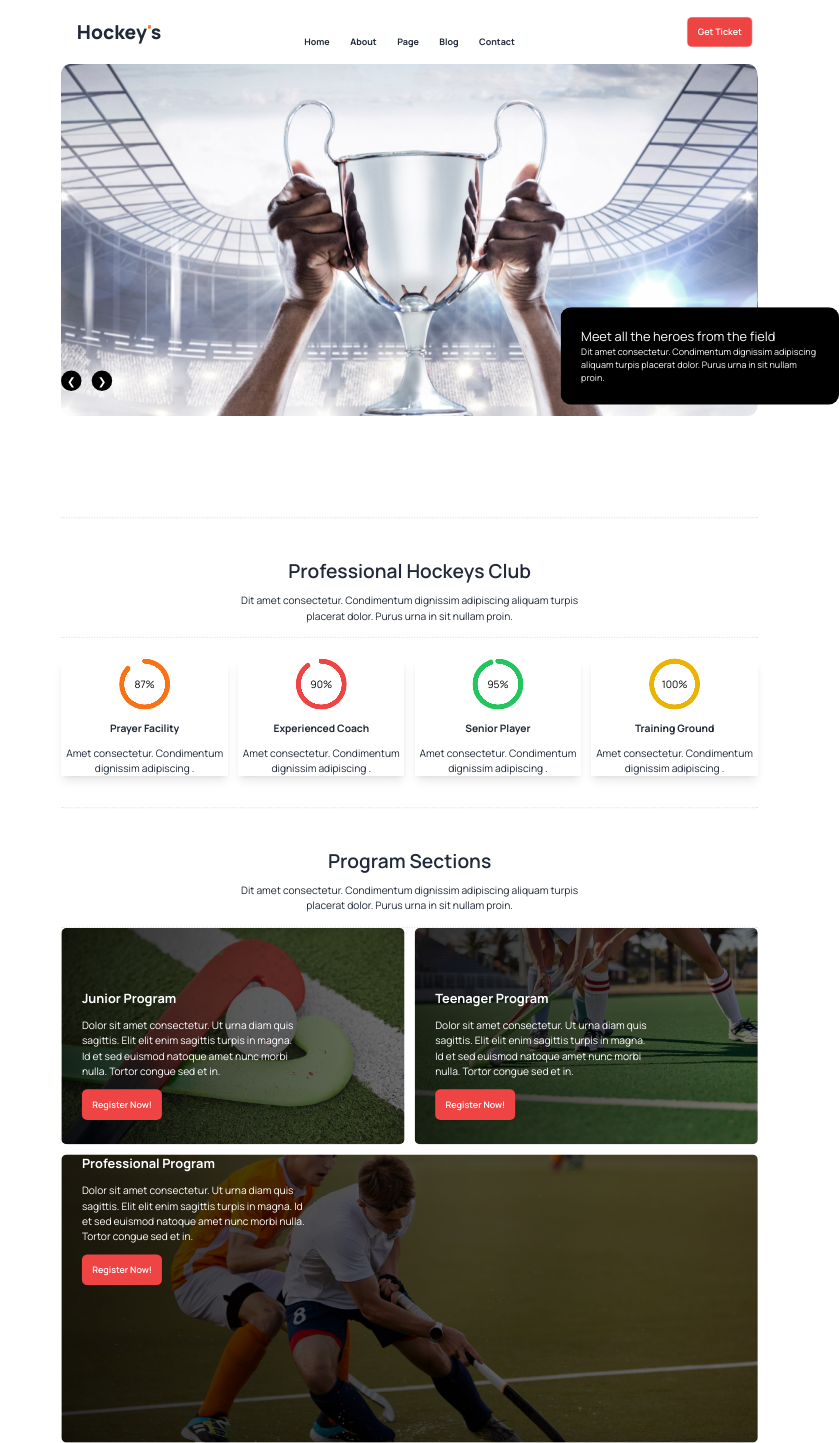
Repository: RudrasahaDibos/Hockey-
Page: index.html
These files come from the project's save history. The page is drawn as it stood at one moment and after a run of saves; the edit follows.
The browser window is 1280 px wide. The page is 1311 px wide, so the pictures cover 1311 px, including what lies to the right of the window. The pictures show the whole page, at 64% of full size.
Some web libraries are served in a nearby version.

Above is the page before, as saved 2024-10-23 22:46:09.

### index.html
<!DOCTYPE html>
<html lang="en">
<head>
    <meta charset="UTF-8">
    <meta name="viewport" content="width=device-width, initial-scale=1.0">
    <title>Hockeys</title>
    <!-- Tailwinds css -->
    <link href="https://cdn.jsdelivr.net/npm/daisyui@4.12.13/dist/full.min.css" rel="stylesheet" type="text/css" />
    <script src="https://cdn.tailwindcss.com"></script>
    <!-- Font asome -->
    <link rel="stylesheet" href="https://cdnjs.cloudflare.com/ajax/libs/font-awesome/6.6.0/css/all.min.css" integrity="sha512-Kc323vGBEqzTmouAECnVceyQqyqdsSiqLQISBL29aUW4U/M7pSPA/gEUZQqv1cwx4OnYxTxve5UMg5GT6L4JJg==" crossorigin="anonymous" referrerpolicy="no-referrer" />
   <!-- tailwind custom css -->
   <script>
    tailwind.config = {
      theme: {
        extend: {
          colors: {
            clifford: '#da373d',
          }
        }
      }
    }
  </script>
  <!-- google Font  -->
  <link rel="preconnect" href="https://fonts.googleapis.com">
  <link rel="preconnect" href="https://fonts.gstatic.com" crossorigin>
  <link href="https://fonts.googleapis.com/css2?family=Manrope:wght@200..800&display=swap" rel="stylesheet">

  <style>
.manrope {
  font-family: "Manrope", serif;
}
  </style>

</head>
<body class="manrope">
    <!-- header section start here -->
       <header class="container mx-auto lg:px-24 px-8">
                 <!-- navber start here -->
                     <nav>
                        <div class="navbar bg-base-100">
                            <div class="navbar-start">
                              <div class="dropdown">
                                <div tabindex="0" role="button" class="  lg:hidden">
                                  <svg
                                    xmlns="http://www.w3.org/2000/svg"
                                    class="h-5 w-5"
                                    fill="none"
                                    viewBox="0 0 24 24"
                                    stroke="currentColor">
                                    <path
                                      stroke-linecap="round"
                                      stroke-linejoin="round"
                                      stroke-width="2"
                                      d="M4 6h16M4 12h8m-8 6h16" />
                                  </svg>
                                </div>
                                <ul
                                  tabindex="0"
                                  class="menu menu-sm dropdown-content bg-base-100 rounded-box z-[1] mt-3 w-52 p-2 shadow">

                                    <li><a>Home</a></li>
                                    <li><a>About</a></li>
                                    <li><a>Page</a></li>
                                    <li><a>Blog</a></li>
                                    <li><a>Contact</a></li>

                                </ul>
                              </div>

                              <a class=" ml-4  text-2xl lg:text-3xl font-extrabold ">Hockey<span class="text-orange-500">'</span>s</a>

                            </div>
                            <div class="navbar-center hidden lg:flex">
                              <ul class="menu menu-horizontal px-1 mt-8">
                                <li class="hover:text-orange-500 font-bold"><a>Home</a></li>
                                <li  class="hover:text-orange-500 font-bold"><a>About</a></li>
                                <li  class="hover:text-orange-500 font-bold"><a>Page</a></li>
                                <li  class="hover:text-orange-500 font-bold"><a>Blog</a></li>
                                <li  class="hover:text-orange-500 font-bold"><a>Contact</a></li>
                              </ul>
                            </div>
                            <div class="navbar-end  lg:ml-0 ml-20">

                              <a class="btn bg-red-500 text-white  ">Get Ticket</a>
                            </div>
                          </div>
                     </nav>
                 <!-- navber end here -->

                  <!-- banner start here -->
                     <div>
                      <div class="carousel w-full">
                        <div id="slide1" class="carousel-item relative w-full ">
                          <img
                            src="Images/1.png"
                            class="w-full lg:h-[550px] " />
                          <div class="absolute lg:left-0 lg:right-0 lg:top-[90%] left-[90px] top-[80%] flex -translate-y-1/2 transform gap-4">
                            <div class=" h-8 w-8 rounded-full bg-black text-white flex justify-center items-center ">
                              <a href="#slide4" class="lg:btn lg:btn-circle">❮</a>
                            </div>
                            <div class="h-8 w-8 rounded-full bg-black text-white flex justify-center items-center">
                              <a href="#slide2" class="lg:btn lg:btn-circle ">❯</a>
                            </div>
                          </div>
                        </div>
                        <div id="slide2" class="carousel-item relative w-full">
                          <img
                            src="Images/2.png"
                            class="w-full lg:h-[550px]" />
                            <div class="absolute lg:left-0 lg:right-0 lg:top-[90%] left-[90px] top-[80%] flex -translate-y-1/2 transform gap-4">
                              <div class=" h-8 w-8 rounded-full bg-black text-white flex justify-center items-center ">
                                <a href="#slide1" class="lg:btn lg:btn-circle">❮</a>
                              </div>
                              <div class="h-8 w-8 rounded-full bg-black text-white flex justify-center items-center">
                                <a href="#slide3" class="lg:btn lg:btn-circle ">❯</a>
                              </div>
                            </div>
                        </div>
                        <div id="slide3" class="carousel-item relative w-full">
                          <img
                            src="Images/3.png"
                            class="w-full lg:h-[550px]" />
                            <div class="absolute lg:left-0 lg:right-0 lg:top-[90%] left-[90px] top-[80%] flex -translate-y-1/2 transform gap-4">
                              <div class=" h-8 w-8 rounded-full bg-black text-white flex justify-center items-center ">
                                <a href="#slide2" class="lg:btn lg:btn-circle">❮</a>
                              </div>
                              <div class="h-8 w-8 rounded-full bg-black text-white flex justify-center items-center">
                                <a href="#slide4" class="lg:btn lg:btn-circle ">❯</a>
                              </div>
                            </div>
                        </div>
                        <div id="slide4" class="carousel-item relative w-full">
                          <img
                            src="Images/4.png"
                            class="w-full lg:h-[550px]" />
                            <div class="absolute lg:left-0 lg:right-0 lg:top-[90%] left-[90px] top-[80%] flex -translate-y-1/2 transform gap-4">
                              <div class=" h-8 w-8 rounded-full bg-black text-white flex justify-center items-center ">
                                <a href="#slide3" class="lg:btn lg:btn-circle">❮</a>
                              </div>
                              <div class="h-8 w-8 rounded-full bg-black text-white flex justify-center items-center">
                                <a href="#slide1" class="lg:btn lg:btn-circle ">❯</a>
                              </div>
                            </div>
                        </div>
                      </div>

                        <!-- meet all hero  -->
                        <div class=" card bg-black  p-2 lg:p-8  lg:w-2/5 lg:-translate-y-44 lg:left-[780px]">
                          <div class="">
                            <h2 class="lg:text-xl bold text-white">Meet all the heroes from the field</h2>
                            <p class="text-sm text-white">Dit amet consectetur. Condimentum dignissim adipiscing aliquam   turpis placerat dolor. Purus urna in sit nullam proin. </p>

                          </div>
                        </div>
                      <!-- meet hero ebds -->


                     </div>


                   <!-- banner end here -->
       </header>
       <!-- Header section End here -->

       <!-- Main secetion start here  -->
        <main>
                      <!-- Professional Hockeys Club start here -->
                         <section class=" container mx-auto lg:px-24 px-8 lg:mt-0  mt-5  ">
                                 <div class="text-center space-y-4 border-dotted border-t-2 border-b-2  border-separate h-[189px] lg:pt-16">
                                     <h1 class=" text-xl lg:text-3xl font-semibold">Professional Hockeys Club</h1>
                                     <p class="lg:w-[50%] lg:mx-auto">Dit amet consectetur. Condimentum dignissim adipiscing aliquam turpis placerat dolor. Purus urna in sit nullam proin. </p>
                                 </div>
                                  <div class="mt-8">
                                        <div class="grid grid-cols-1 md:gird-cols-2 lg:grid-cols-4 gap-4 ">
                                                <div class=" h-50 shadow-lg space-y-4 flex flex-col justify-center items-center">
                                                  <div class="radial-progress text-orange-500  " style="--value:87;" role="progressbar"><span class="text-black"> 87%</span></div>
                                                    <h3 class="font-bold">Prayer Facility</h3>
                                                    <p class="text-center">Amet consectetur. Condimentum dignissim adipiscing .</p>
                                                </div>
                                                <div class=" h-50 shadow-lg space-y-4 flex flex-col justify-center items-center">
                                                  <div class="radial-progress text-red-500  " style="--value:90;" role="progressbar"><span class="text-black"> 90%</span></div>
                                                    <h3 class="font-bold">Experienced Coach</h3>
                                                    <p class="text-center">Amet consectetur. Condimentum dignissim adipiscing .</p>
                                                </div>
                                                <div class=" h-50  shadow-lg space-y-4 flex flex-col justify-center items-center">
                                                  <div class="radial-progress text-green-500  " style="--value:95;" role="progressbar"><span class="text-black"> 95%</span></div>
                                                    <h3 class="font-bold">Senior Player</h3>
                                                    <p class="text-center">Amet consectetur. Condimentum dignissim adipiscing .</p>
                                                </div>
                                                <div class=" h-50 shadow-lg space-y-4 flex flex-col justify-center items-center">
                                                  <div class="radial-progress text-yellow-500  " style="--value:100;" role="progressbar"><span class="text-black"> 100%</span></div>
                                                    <h3 class="font-bold">Training Ground</h3>
                                                    <p class="text-center">Amet consectetur. Condimentum dignissim adipiscing .</p>
                                                </div>
                                        </div>
                                  </div>

                         </section>
                       <!-- Professional Hockeys Club end here -->


                       <!-- Program Sections start here -->
                            <section class="container mx-auto lg:px-24 px-8 mt-12 ">
                              <div class="text-center space-y-4 border-dotted border-t-2 border-b-2  border-separate h-[189px] lg:pt-16">
                                <h1 class=" text-xl lg:text-3xl font-semibold">Program Sections</h1>
                                <p class="lg:w-[50%] lg:mx-auto">Dit amet consectetur. Condimentum dignissim adipiscing aliquam turpis placerat dolor. Purus urna in sit nullam proin. </p>
                            </div>
                               <div>
                                <div class="grid  grid-cols-1 lg:grid-cols-2 gap-4">

                                  <div class=" relative bg-no-repeat rounded-lg  bg-center bg-cover  w-full bg-[linear-gradient(90deg,rgb(0,0,0,0.8),rgb(0,0,0,0.5)),url(./images/2.png)] h-[244px] lg:h-[338px]">

                                   <div class="text-start lg:pt-24 space-y-2 lg:space-y-4 pl-8">
                                    <h2 class="text-white text-xl font-bold">Junior Program</h2>
                                    <p class="text-white w-2/3">Dolor sit amet consectetur. Ut urna diam quis sagittis. Elit elit
                                      enim sagittis turpis in magna. Id et sed euismod natoque amet nunc morbi nulla. Tortor congue sed et in.</p>
                                     <button class="btn bg-red-500 border-none text-white">Register Now!</button>
                                   </div>
                                 </div>

                                  <div class="relative  bg-no-repeat rounded-lg  bg-center bg-cover  w-full bg-[linear-gradient(90deg,rgb(0,0,0,0.8),rgb(0,0,0,0.5)),url(./images/3.png)] h-[244px] lg:h-[338px]">
                                    <div class="text-start lg:pt-24 space-y-2 lg:space-y-4 pl-8">
                                      <h2 class="text-white text-xl font-bold">Teenager Program</h2>
                                      <p class="text-white w-2/3">Dolor sit amet consectetur. Ut urna diam quis sagittis. Elit elit
                                        enim sagittis turpis in magna. Id et sed euismod natoque amet nunc morbi nulla. Tortor congue sed et in.</p>
                                       <button class="btn bg-red-500 border-none text-white">Register Now!</button>
                                     </div>
                                  </div>
                                  <div class=" lg:col-span-2 relative  rounded-lg  bg-center bg-cover w-full bg-[linear-gradient(90deg,rgb(0,0,0,0.8),rgb(0,0,0,0.5)),url(./images/4.png)] h-[244px] lg:h-[450px]">
                                    <div class="text-start  space-y-2 lg:space-y-4 pl-8">
                                      <h2 class="text-white text-xl font-bold">Professional Program</h2>
                                      <p class="text-white w-1/3">Dolor sit amet consectetur. Ut urna diam quis sagittis. Elit elit
                                        enim sagittis turpis in magna. Id et sed euismod natoque amet nunc morbi nulla. Tortor congue sed et in.</p>
                                       <button class="btn bg-red-500 border-none text-white">Register Now!</button>
                                     </div>
                                  </div>
                                </div>
                               </div>
                            </section>

                       <!-- Program Sections end here -->
        </main>
        <!-- main section end here -->

</body>
</html>

After the next 3 saves:
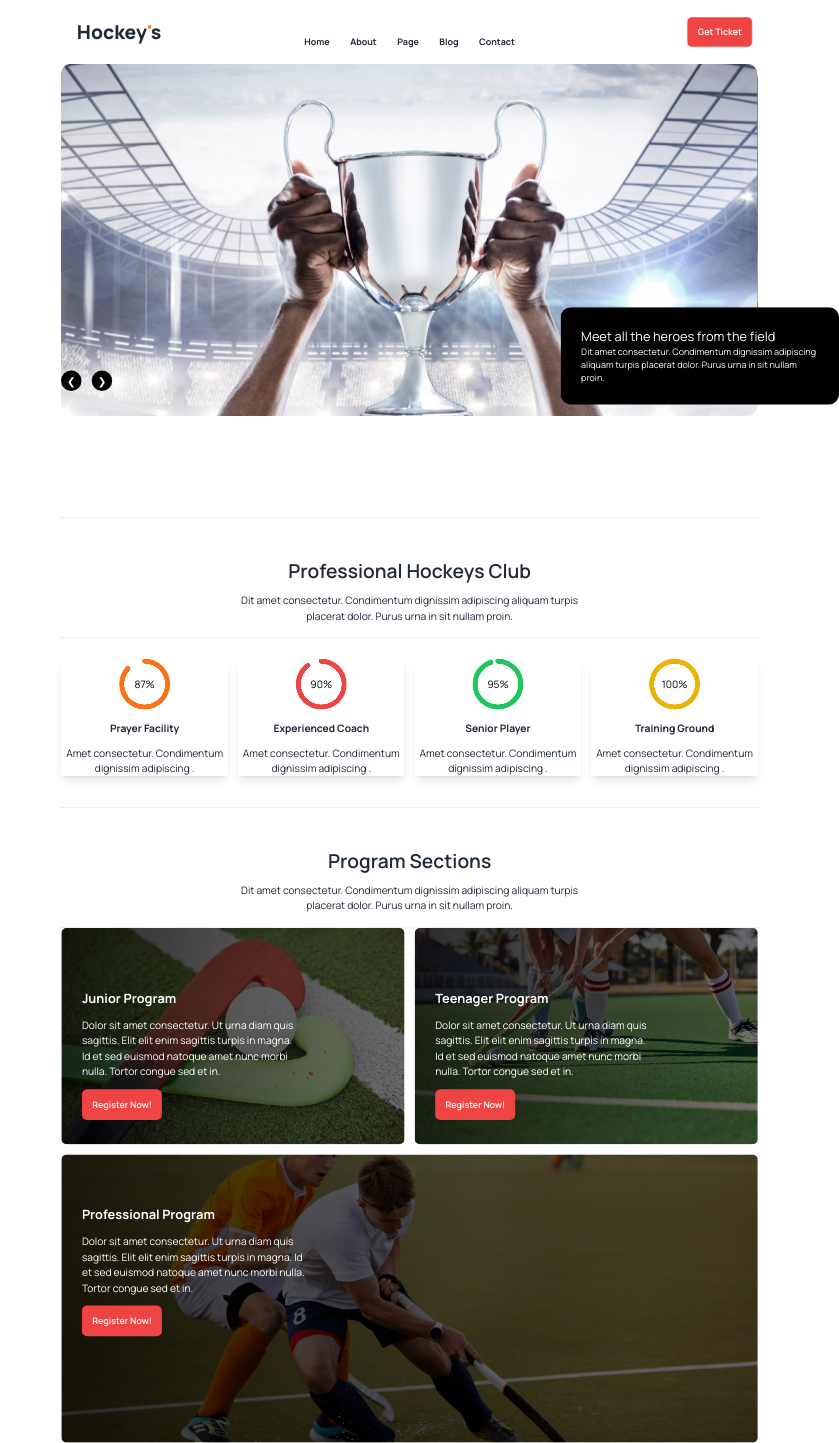
The 3 saves are shown as one change because they came seconds apart.
The last was saved 11 s later.
--- a/index.html
+++ b/index.html
@@ -228,7 +228,7 @@
                                      </div>
                                   </div>
                                   <div class=" lg:col-span-2 relative  rounded-lg  bg-center bg-cover w-full bg-[linear-gradient(90deg,rgb(0,0,0,0.8),rgb(0,0,0,0.5)),url(./images/4.png)] h-[244px] lg:h-[450px]">
-                                    <div class="text-start  space-y-2 lg:space-y-4 pl-8">
+                                    <div class="text-start lg:pt-20 space-y-2 lg:space-y-4 pl-8">
                                       <h2 class="text-white text-xl font-bold">Professional Program</h2>
                                       <p class="text-white w-1/3">Dolor sit amet consectetur. Ut urna diam quis sagittis. Elit elit
                                         enim sagittis turpis in magna. Id et sed euismod natoque amet nunc morbi nulla. Tortor congue sed et in.</p>
